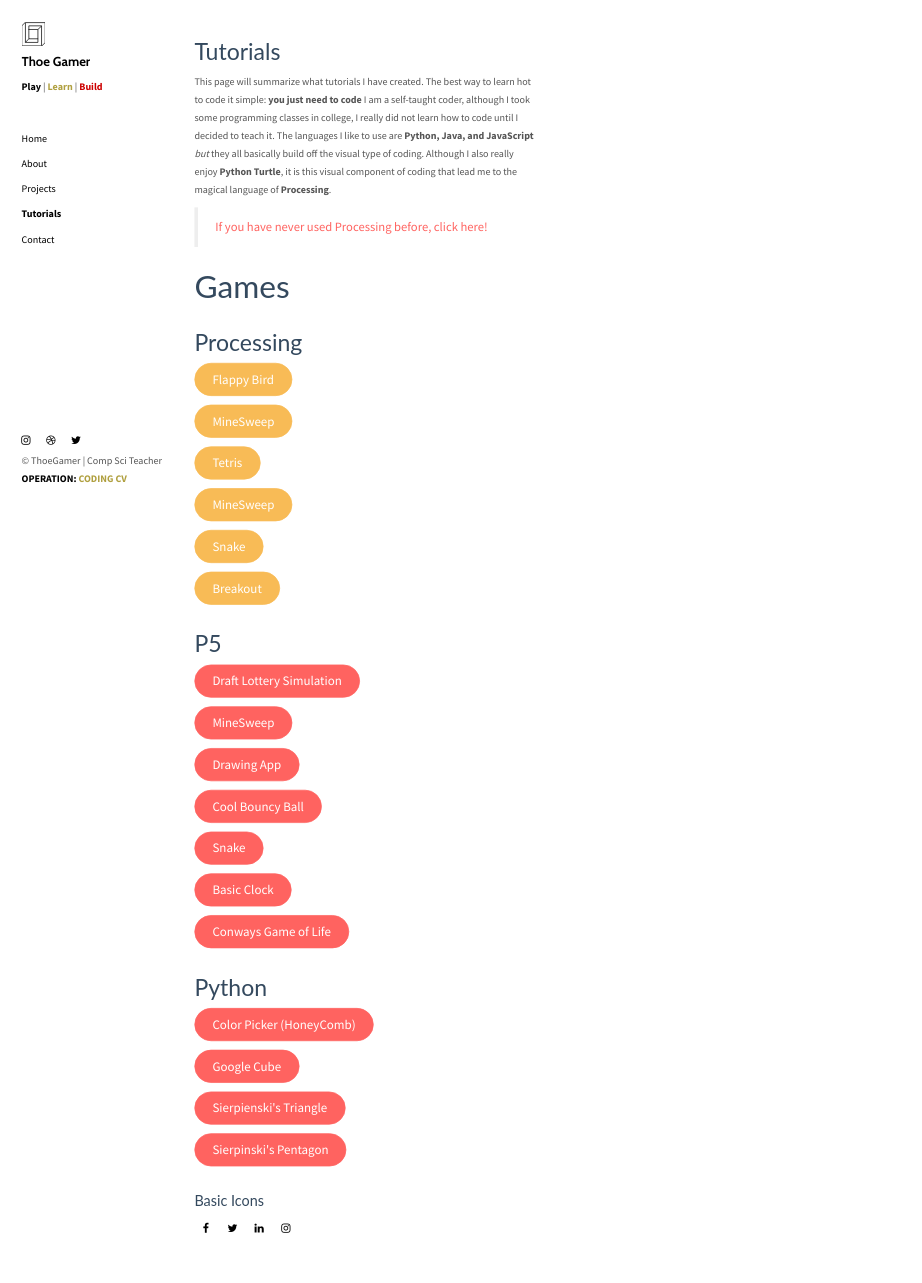
Repository: GamerThoe/GamerThoe.github.io
Page: components.html
The author's editor kept a record of every edit. The page is drawn from the files as they stood at one moment, then again after the next edit.
The browser window is 1280 px wide. The pictures show the whole page, at 72% of full size.

Above is the page before.

### components.html
<!DOCTYPE html>
<html lang="en">

<head>
  <meta charset="UTF-8">
  <meta content="IE=edge" http-equiv="X-UA-Compatible">
  <meta content="width=device-width,initial-scale=1" name="viewport">
  <meta content="description" name="description">
  <meta name="google" content="notranslate" />
  <meta content="Mashup templates have been developped by Orson.io team" name="author">

  <!-- Disable tap highlight on IE -->
  <meta name="msapplication-tap-highlight" content="no">

  <link href="./assets/apple-icon-180x180.png" rel="apple-touch-icon">
  <link href="./assets/favicon.ico" rel="icon">



  <title>Title page</title>

<link href="./main.82cfd66e.css" rel="stylesheet"></head>

<body>

 <!-- Add your content of header -->
<header class="">
  <div class="navbar navbar-default visible-xs">
    <button type="button" class="navbar-toggle collapsed">
      <span class="sr-only">Toggle navigation</span>
      <span class="icon-bar"></span>
      <span class="icon-bar"></span>
      <span class="icon-bar"></span>
    </button>
    <a href="./index.html" class="navbar-brand">Thoe Gamer ; )</a>
  </div>

  <nav class="sidebar">
    <div class="navbar-collapse" id="navbar-collapse">
      <div class="site-header hidden-xs">
          <a class="site-brand" href="./index.html" title="">
            <img class="img-responsive site-logo" alt="" src="./assets/images/mashup-logo.svg">
            Thoe Gamer
          </a>
        <p><span class="black">Play </span> | <span class="gold">Learn </span>| <span class="highlight">Build</span></p>
      </div>
      <ul class="nav">
        <li><a href="./index.html" title="">Home</a></li>
        <li><a href="./about.html" title="">About</a></li>
        <li><a href="./services.html" title="">Projects</a></li>
        <li class="black"><a href="./components.html" title="">Tutorials</a></li>
        <li><a href="./contact.html" title="">Contact</a></li>


      </ul>

      <nav class="nav-footer">
        <p class="nav-footer-social-buttons">
          <a class="fa-icon" href="https://www.instagram.com/" title="">
            <i class="fa fa-instagram"></i>
          </a>
          <a class="fa-icon" href="https://dribbble.com/" title="">
            <i class="fa fa-dribbble"></i>
          </a>
          <a class="fa-icon" href="https://twitter.com/" title="">
            <i class="fa fa-twitter"></i>
          </a>
        </p>
        <p>© ThoeGamer | Comp Sci Teacher <a href="https://mrthoe.github.io"><span class="black">OPERATION: <span class="gold">CODING CV</span></span></a></p>
      </nav>
    </div>
  </nav>
</header>
<main class="" id="main-collapse">


<!-- Add your site or app content here -->

    <div class="row">
      <div class="col-xs-12 col-md-6">

        <div class="template-example">
          <h2 class="template-title-example">Tutorials</h2>
          <p>This page will summarize what tutorials I have created.  The best way to learn hot to code it simple: <b>you just need to code</b>  I am a self-taught coder, although I took some programming classes in college, I really
          did not learn how to code until I decided to teach it.  The languages I like to use are <b>Python, Java, and JavaScript</b> <i>but</i> they all basically build off the visual type of coding.  Although I also really enjoy <b>Python Turtle</b>,
          it is this visual component of coding that lead me to the magical language of <b>Processing</b>.

          <blockquote>
            <p><a href="https://processing.org/">If you have never used Processing before, click here!</a></p>
          </blockquote>

          </p>
        </div>

        <div class="template-example">
          <h1 class="template-title-example">Games</h1>
          <div class="row">
            <div class="col-md-6">
              <h2 class="template-title-example">Processing</h2>
              <div class="row">
                  <div class="col-md-6">
                  <p><a href="" class="btn btn-info btn-lg">Flappy Bird</a></p>
                  <p><a href="" class="btn btn-info btn-lg">MineSweep</a></p>
                  <p><a href="" class="btn btn-info btn-lg">Tetris</a></p>
                  <p><a href="" class="btn btn-info btn-lg">MineSweep</a></p>
                  <p><a href="" class="btn btn-info btn-lg">Snake</a></p>
                  <p><a href="" class="btn btn-info btn-lg">Breakout</a></p>
                </div>
              </div>
              <h2 class="template-title-example">P5</h2>
              <div class="row">
                  <div class="col-md-6">
                  <p><a href="" class="btn btn-primary btn-lg">Draft Lottery Simulation</a></p>
                  <p><a href="" class="btn btn-primary btn-lg">MineSweep</a></p>
                  <p><a href="" class="btn btn-primary btn-lg">Drawing App</a></p>
                  <p><a href="" class="btn btn-primary btn-lg">Cool Bouncy Ball</a></p>
                  <p><a href="" class="btn btn-primary btn-lg">Snake</a></p>
                  <p><a href="" class="btn btn-primary btn-lg">Basic Clock</a></p>
                  <p><a href="" class="btn btn-primary btn-lg">Conways Game of Life</a></p>
                </div>
              </div>
              <h2 class="template-title-example">Python</h2>
              <div class="row">
                  <div class="col-md-6">
                  <p><a href="" class="btn btn-primary btn-lg">Color Picker (HoneyComb)</a></p>
                  <p><a href="" class="btn btn-primary btn-lg">Google Cube</a></p>
                  <p><a href="" class="btn btn-primary btn-lg">Sierpienski's Triangle</a></p>
                  <p><a href="" class="btn btn-primary btn-lg">Sierpinski's Pentagon</a></p>
                </div>
              </div>



          </div>

        </div>


          <div class="row">

            <div class="col-md-6">
               <h3 class="template-title-example">Basic Icons</h2>
                <ul class="list-icons">
                  <li>
                    <span class="fa-icon">
                      <i class="fa fa-facebook"></i>
                    </span>
                  </li>
                  <li>
                    <span class="fa-icon">
                      <i class="fa fa-twitter"></i>
                    </span>
                  </li>
                  <li>
                    <span class="fa-icon">
                      <i class="fa fa-linkedin"></i>
                    </span>
                  </li>
                  <li>
                    <span class="fa-icon">
                      <i class="fa fa-instagram"></i>
                    </span>
                  </li>
                </ul>
            </div>

          </div>





        </div>


        </div>




      </div>
    </div>


</main>

<script>
document.addEventListener("DOMContentLoaded", function (event) {
  navbarToggleSidebar();
  navActivePage();
});
</script>

<!-- Google Analytics: change UA-XXXXX-X to be your site's ID

<script>
  (function (i, s, o, g, r, a, m) {
    i['GoogleAnalyticsObject'] = r; i[r] = i[r] || function () {
      (i[r].q = i[r].q || []).push(arguments)
    }, i[r].l = 1 * new Date(); a = s.createElement(o),
      m = s.getElementsByTagName(o)[0]; a.async = 1; a.src = g; m.parentNode.insertBefore(a, m)
  })(window, document, 'script', '//www.google-analytics.com/analytics.js', 'ga');
  ga('create', 'UA-XXXXX-X', 'auto');
  ga('send', 'pageview');
</script>

--> <script type="text/javascript" src="./main.85741bff.js"></script></body>

</html>

Loaded but not shown: main.82cfd66e.css (library); main.85741bff.js (library)

After the next edit:
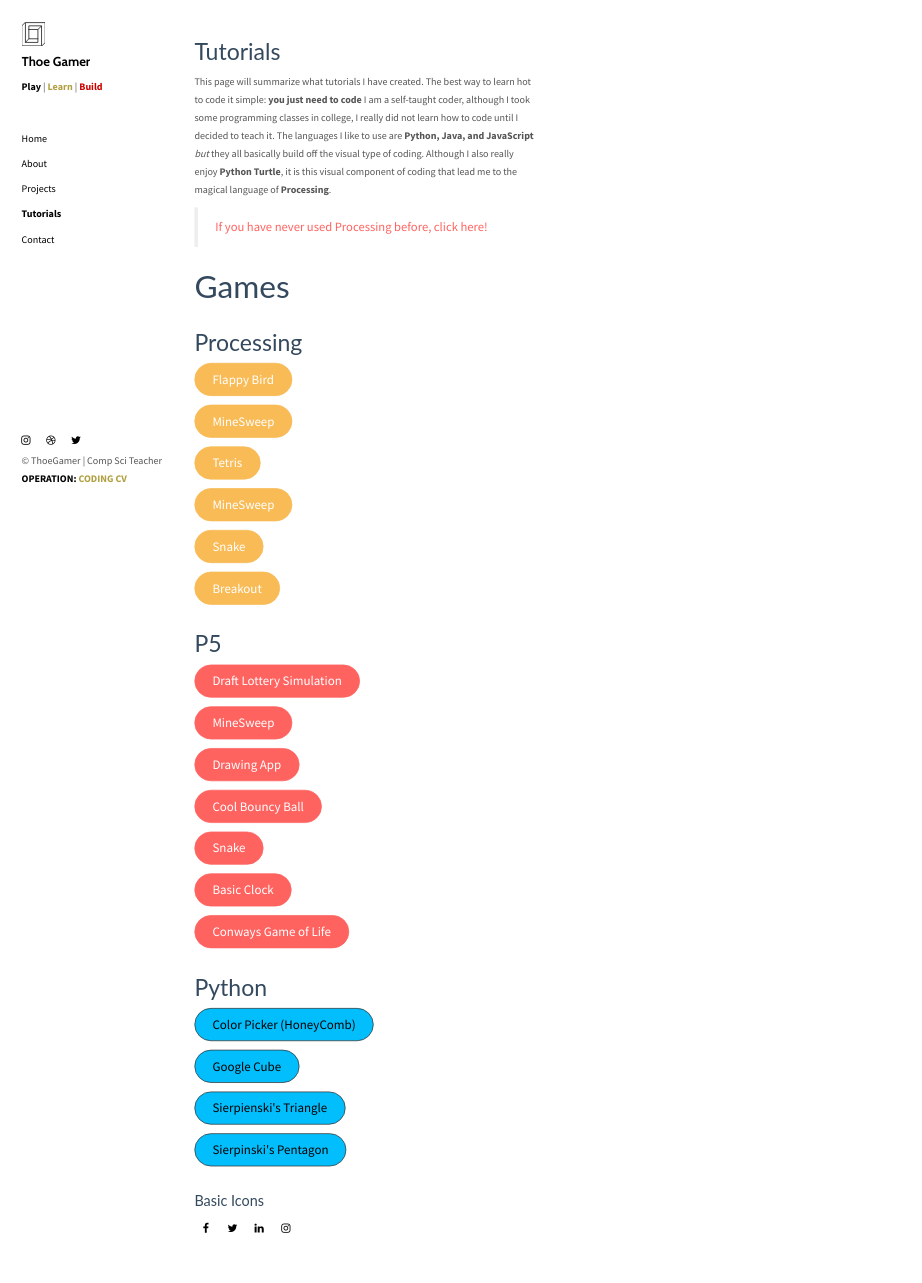
The edit:
--- a/components.html
+++ b/components.html
@@ -122,10 +122,10 @@
               <h2 class="template-title-example">Python</h2>
               <div class="row">
                   <div class="col-md-6">
-                  <p><a href="" class="btn btn-primary btn-lg">Color Picker (HoneyComb)</a></p>
-                  <p><a href="" class="btn btn-primary btn-lg">Google Cube</a></p>
-                  <p><a href="" class="btn btn-primary btn-lg">Sierpienski's Triangle</a></p>
-                  <p><a href="" class="btn btn-primary btn-lg">Sierpinski's Pentagon</a></p>
+                  <p><a href="" class="btn btn-default btn-lg" style="background-color:#000}">Color Picker (HoneyComb)</a></p>
+                  <p><a href="" class="btn btn-default btn-lg">Google Cube</a></p>
+                  <p><a href="" class="btn btn-default btn-lg">Sierpienski's Triangle</a></p>
+                  <p><a href="" class="btn btn-default btn-lg">Sierpinski's Pentagon</a></p>
                 </div>
               </div>
 
